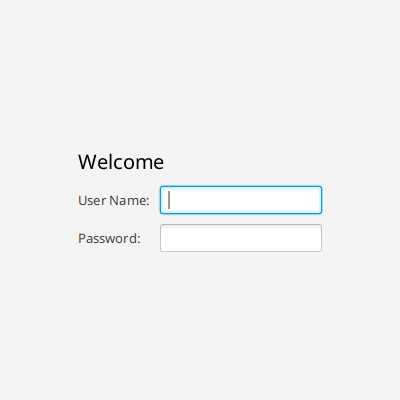
Repository: abdalimran/Java_Practices
Program's window: java JavaFX/01_JFX_Form/src/application/Main.java
These files come from the project's save history. The program's window is drawn as it stood at one moment and after a run of saves; the edit follows.
It runs on Java 21 on a 1366 x 768 screen with JavaFX 11; the title bar is not drawn.

Above is the program's window before, as saved 2015-09-08 19:26:43.

After the next 2 saves:
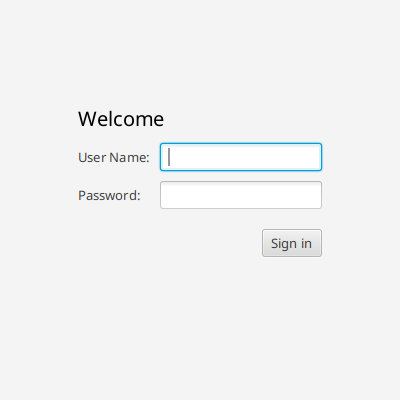
The 2 saves are shown as one change because 1 did not build or start.
The last was saved 88 s later.
--- a/JavaFX/01_JFX_Form/src/application/Main.java
+++ b/JavaFX/01_JFX_Form/src/application/Main.java
@@ -5,10 +5,12 @@
 import javafx.geometry.Pos;
 import javafx.stage.Stage;
 import javafx.scene.Scene;
+import javafx.scene.control.Button;
 import javafx.scene.control.Label;
 import javafx.scene.control.PasswordField;
 import javafx.scene.control.TextField;
 import javafx.scene.layout.GridPane;
+import javafx.scene.layout.HBox;
 import javafx.scene.text.Font;
 import javafx.scene.text.FontWeight;
 import javafx.scene.text.Text;
@@ -41,6 +43,15 @@
 		PasswordField pwBox = new PasswordField();
 		grid.add(pwBox, 1, 2);
 
+		Button btn = new Button("Sign in");
+		HBox hbBtn = new HBox(10);
+		hbBtn.setAlignment(Pos.BOTTOM_RIGHT);
+		hbBtn.getChildren().add(btn);
+		grid.add(hbBtn, 1, 4);
+
+		final Text actiontarget = new Text();
+        grid.add(actiontarget, 1, 6);
+
 		Scene scene = new Scene(grid, 400, 400);
 		primaryStage.setScene(scene);
 
